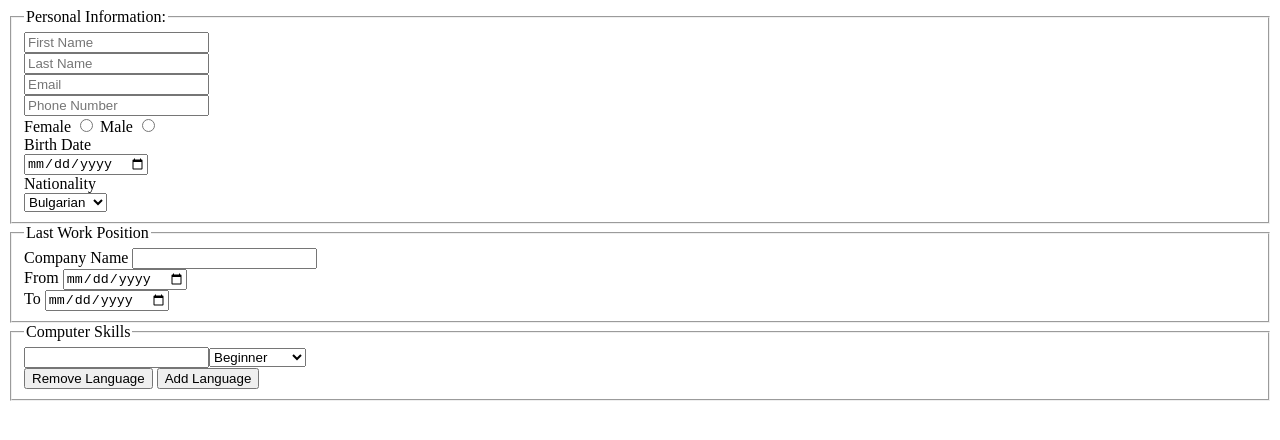
Repository: zhanivanov/PHP_Basics_Course_Homework
Page: http://localhost/5.CVGenerator/CVGenerator.php
The author's editor kept a copy of each file at every save. The page is drawn from the files as they stood at one save, then again after the next save.
The browser window is 1280 px wide. The pictures show the whole page.
The page is run by PHP 8.4 with error messages shown; the project is at /var/www/html/.

Above is the page before, as saved 2014-08-21 14:23:13.

After the next save:
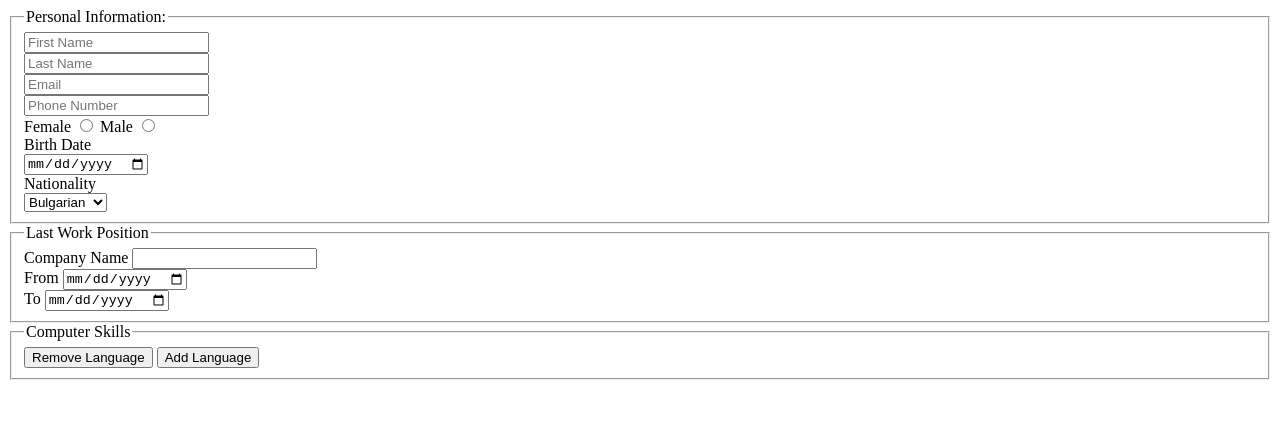
Console error: SyntaxError: Unexpected identifier 'removeLang'
Saved 16 min 41 s later.
--- a/PHP_Working_With_Forms/5.CVGenerator/CVGenerator.php
+++ b/PHP_Working_With_Forms/5.CVGenerator/CVGenerator.php
@@ -16,6 +16,11 @@
                         '</select>' +
                         '<br/>';
                         document.getElementById("programming").appendChild(myDiv);
+            }
+            functon removeLang(){
+                var divRem = document.getElementById('inputBox'+idCounter);
+                idCounter--;
+                document.removeChild(divRem);
             }
         </script>
     </head>

After the save that followed:
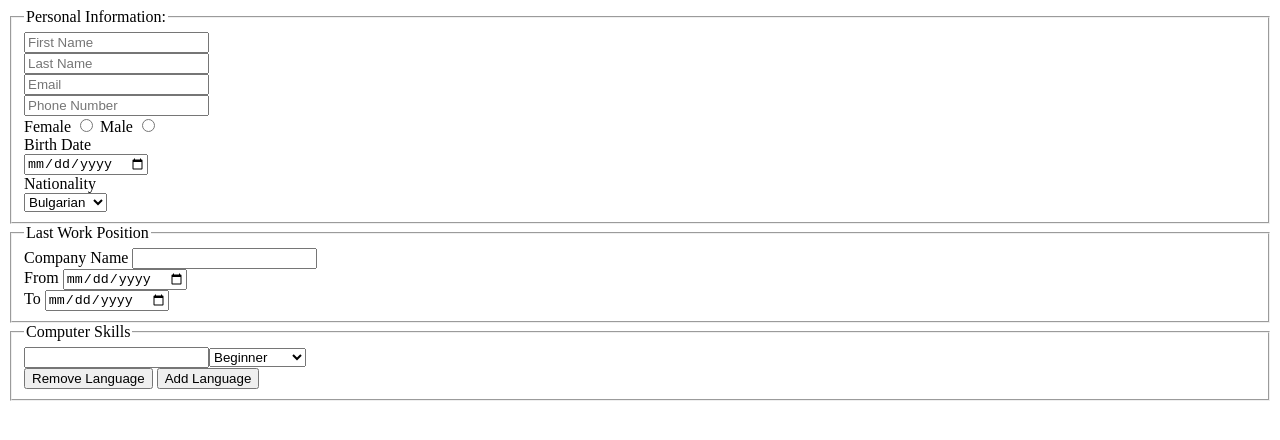
The error is gone.
Saved 27 s later.
--- a/PHP_Working_With_Forms/5.CVGenerator/CVGenerator.php
+++ b/PHP_Working_With_Forms/5.CVGenerator/CVGenerator.php
@@ -17,7 +17,7 @@
                         '<br/>';
                         document.getElementById("programming").appendChild(myDiv);
             }
-            functon removeLang(){
+            function removeLang(){
                 var divRem = document.getElementById('inputBox'+idCounter);
                 idCounter--;
                 document.removeChild(divRem);
